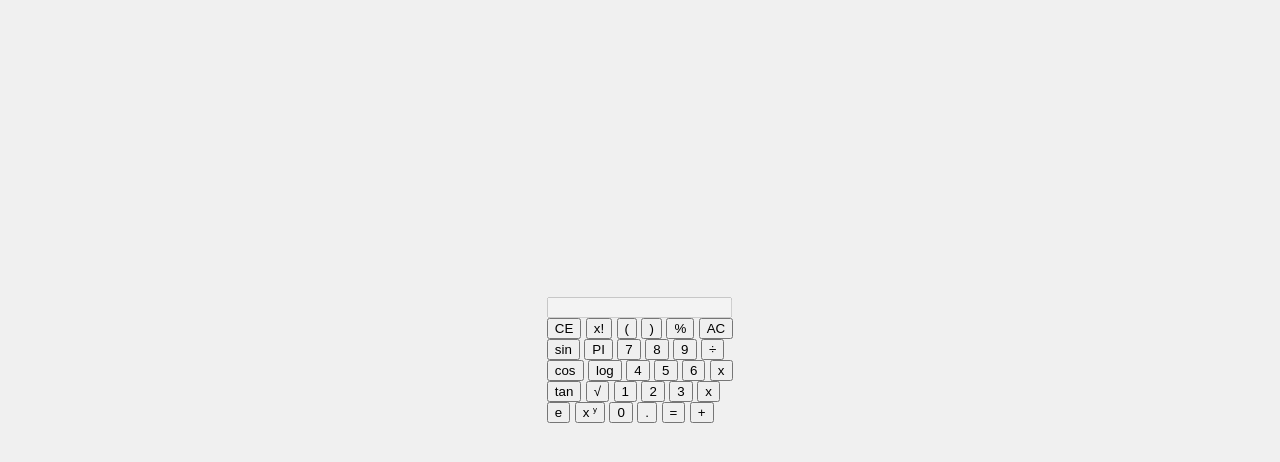
Repository: Haakim19/Scientific-Calculator
Page: intex.html
An editor plug-in stored every save of this project. The page is shown before and after the next save, followed by the edit.
The browser window is 1280 px wide. The pictures show the whole page.

Above is the page before, as saved 2024-10-27 11:46:56.

After the next save:
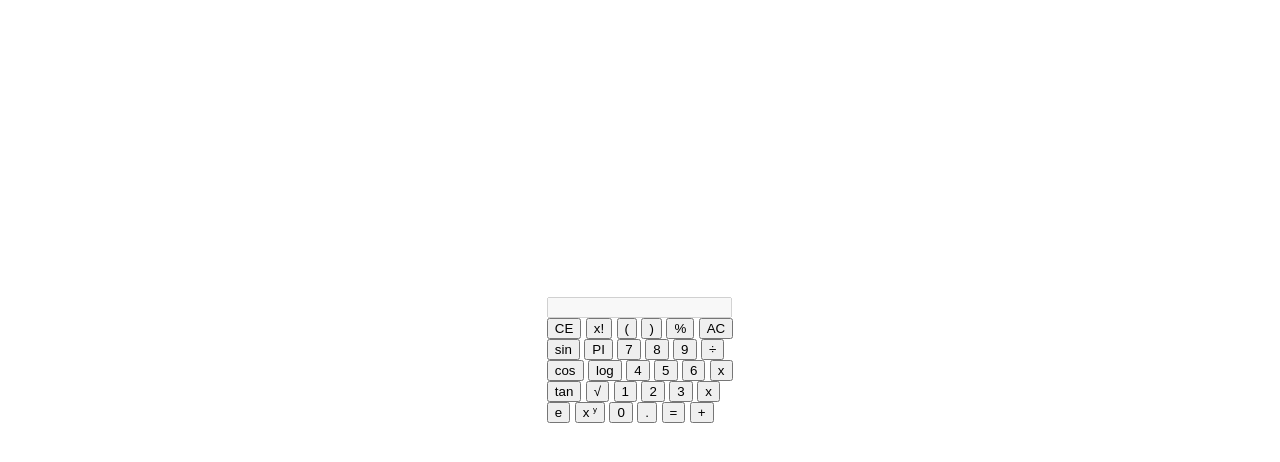
Saved 17 s later.
--- a/Style.css
+++ b/Style.css
@@ -1,5 +1,5 @@
 body{
-    background-color: #f0f0f0;
+    /* background-color: #f0f0f0; */
     font-family: Arial, sans-serif;
     margin: 0;
     padding: 0;

After the save that followed:
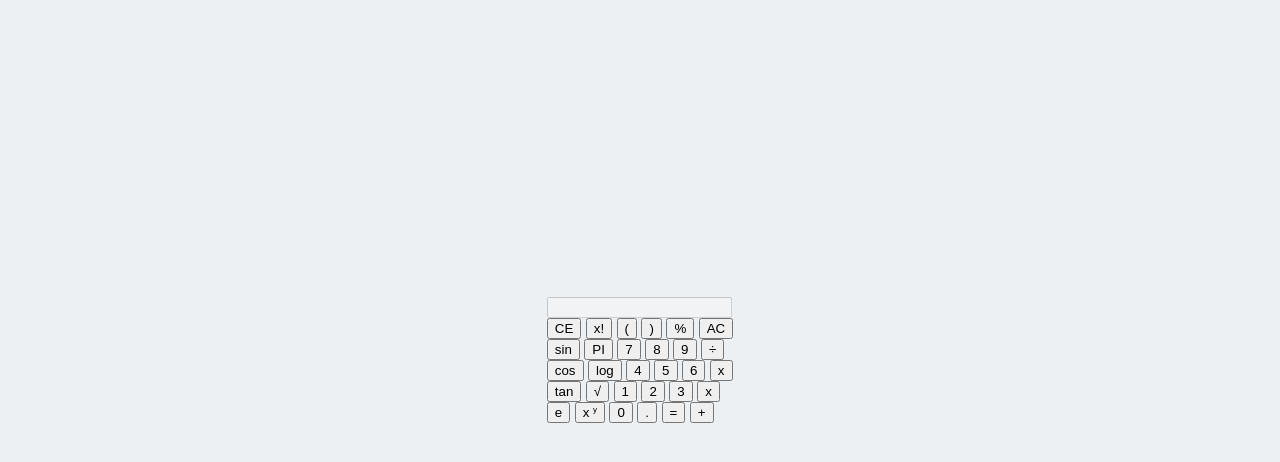
Saved 36 s later.
--- a/Style.css
+++ b/Style.css
@@ -7,6 +7,7 @@ body{
     align-items: center;
     display: flex;
     height: 100vh;
+    background: #ecf0f3;
 }
 
 .container{
